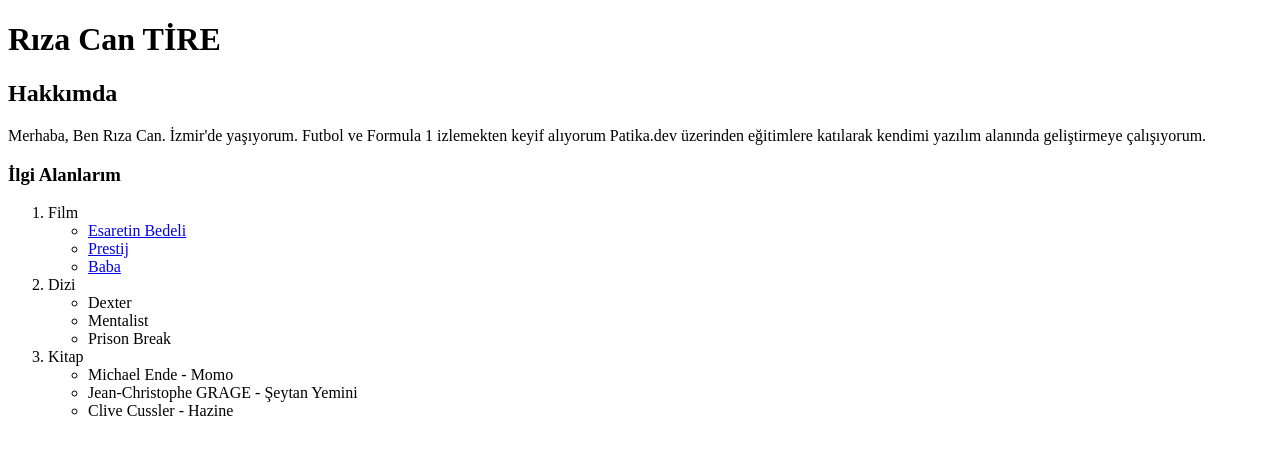
Repository: rizacantire/html
Page: Odev2/index.html
These files come from the project's save history. The page is drawn as it stood at one moment and after the next save; the edit follows.
The browser window is 1280 px wide. The pictures show the whole page.

Above is the page before, as saved 2021-12-06 23:19:21.

After the next save:
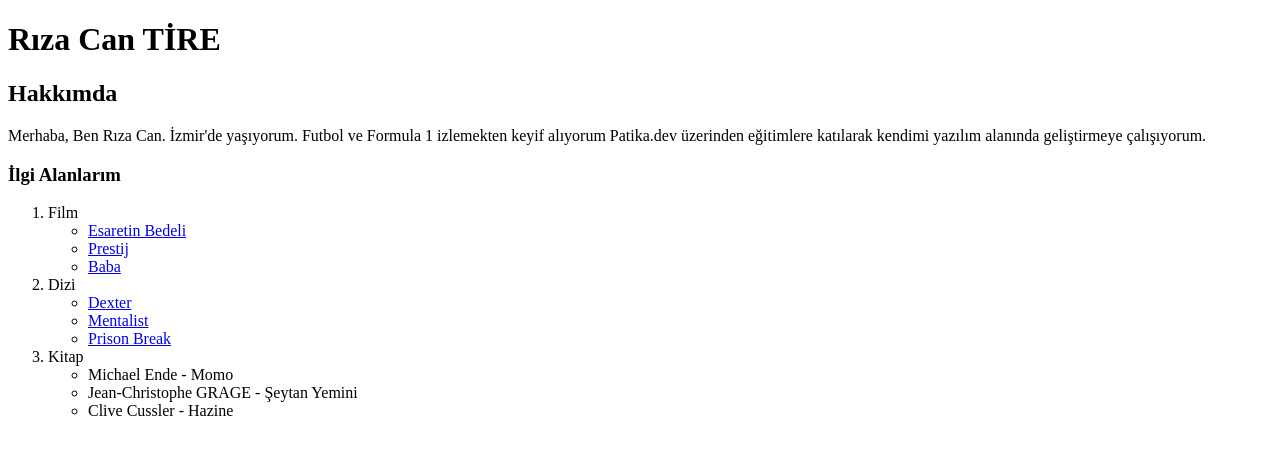
Saved 82 s later.
--- a/Odev2/index.html
+++ b/Odev2/index.html
@@ -31,9 +31,9 @@
         <li>
           Dizi
           <ul>
-            <li>Dexter</li>
-            <li>Mentalist</li>
-            <li>Prison Break</li>
+            <li><a href="https://www.imdb.com/title/tt0773262/">Dexter</a> </li>
+            <li><a href="https://www.imdb.com/title/tt1196946/">Mentalist</a></li>
+            <li><a href="https://www.imdb.com/title/tt0455275/">Prison Break</a></li>
           </ul>
         </li>
         <li>
